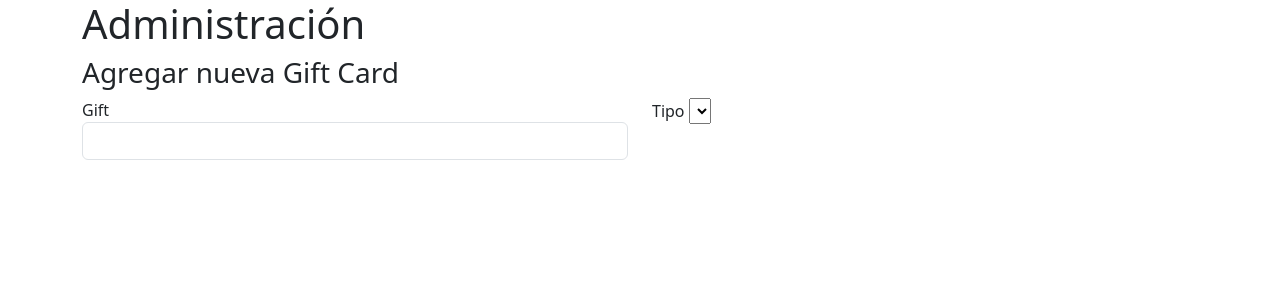
Repository: pedro-donoso/vanilla-js
Page: index.html
An editor plug-in stored every save of this project. The page is shown before and after the next save, followed by the edit.
The browser window is 1280 px wide. The pictures show the whole page.

Above is the page before, as saved 2024-01-31 13:22:28.
Console error: SyntaxError: Unexpected identifier 'assert'

After the next save:
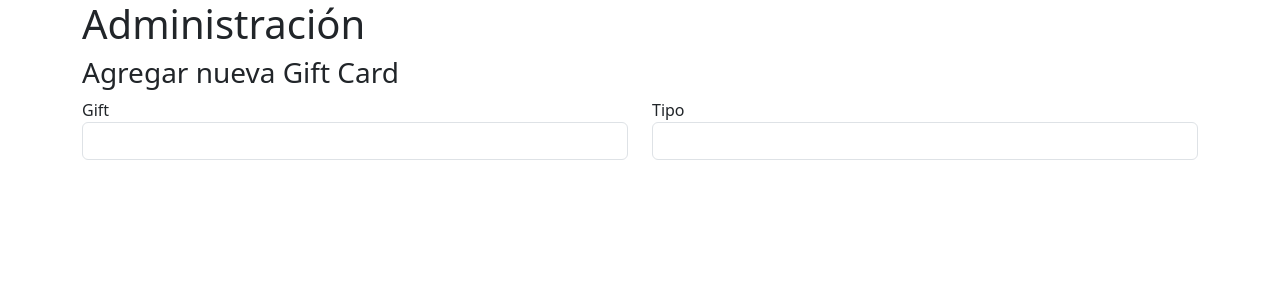
Saved 5 s later.
--- a/index.html
+++ b/index.html
@@ -28,7 +28,7 @@
                         </div>
                         <div class="col">
                             <label>Tipo</label>
-                            <select id="tipo" class="form">
+                            <select id="tipo" class="form-control">
 
                             </select>
                         </div>
